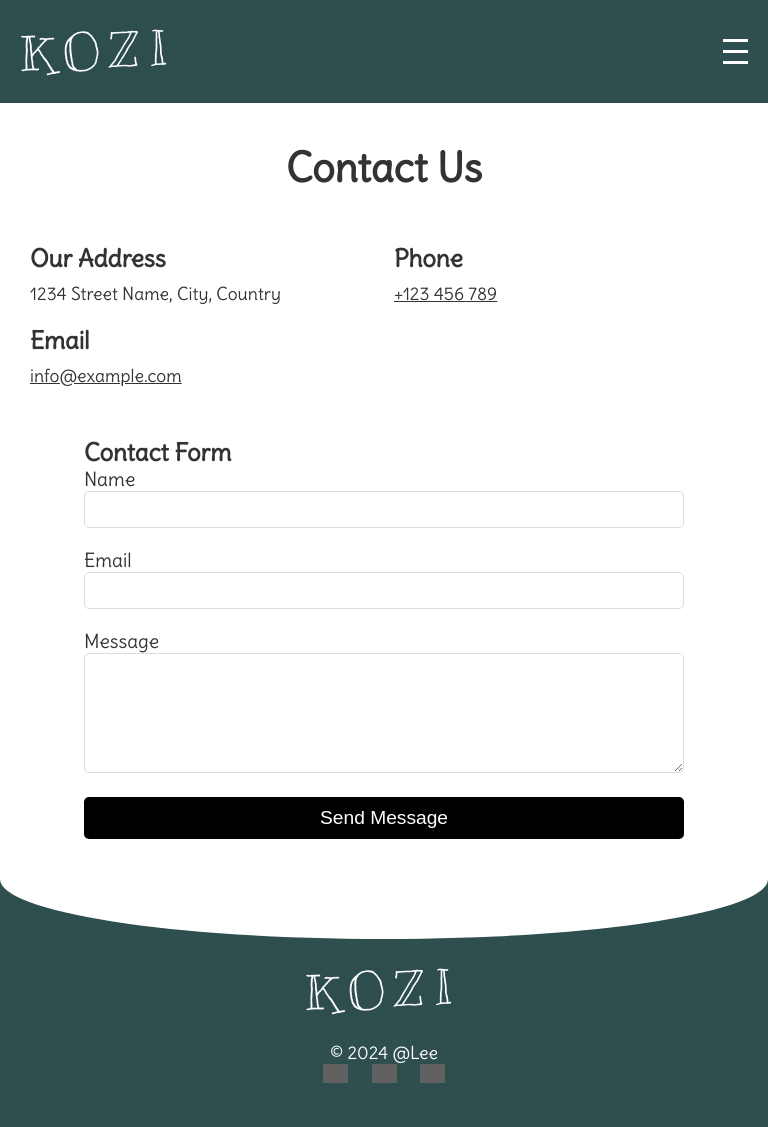
Repository: leerichie/kozi
Page: index.html
An editor plug-in stored every save of this project. The page is shown before and after the next save, followed by the edit.
The browser window is 768 px wide. The pictures show the whole page.
Pictures or frames that could not be fetched are drawn as grey boxes.

Above is the page before, as saved 2024-10-24 19:42:09.

### index.html
<!DOCTYPE html>
<html lang="en">

<head>
    <meta charset="UTF-8">
    <meta name="viewport" content="width=device-width, initial-scale=1.0">
    <meta http-equiv="X-UA-Compatible" content="IE=edge">
    <link rel="stylesheet" href="css/styles.css">
    <title>Contact Form</title>
</head>

<body>
    <!-- Navbar -->
    <header class="navbar">
        <div class="logo">
            <!-- <a href="#"><img src="img/logo.png" alt="Logo"></a> -->
            <h1 class="logo-text">Kozi</h1>

        </div>
        <nav>
            <ul class="nav-links">
                <li><a href="#">I</a></li>
                <li><a href="#">Love</a></li>
                <li><a href="#">Jager</a></li>
                <li><a href="#">Days</a></li>
            </ul>
            <div class="hamburger">
                <span class="bar"></span>
                <span class="bar"></span>
                <span class="bar"></span>
            </div>
        </nav>
    </header>

    <!-- Sidebar (hidden by default) -->
    <div class="sidebar">
        <ul class="sidebar-links">
            <li><a href="#">Home</a></li>
            <li><a href="#">About</a></li>
            <li><a href="#">Services</a></li>
            <li><a href="#">Contact</a></li>
        </ul>
    </div>

    <!-- Contact Section -->
    <div class="container">
        <div class="contact-header">
            <h1>Contact Us</h1>
        </div>
        <div class="contact-info">
            <div class="address">
                <h2>Our Address</h2>
                <p>1234 Street Name, City, Country</p>
            </div>
            <div class="phone">
                <h2>Phone</h2>
                <p><a href="tel:+123456789">+123 456 789</a></p>
            </div>
            <div class="email">
                <h2>Email</h2>
                <p><a href="mailto:info@example.com">info@example.com</a></p>
            </div>
        </div>

        <div class="form-container">
            <h2>Contact Form</h2>
            <form action="#" method="POST" class="contact-form">
                <div class="form-group">
                    <label for="name">Name</label>
                    <input type="text" id="name" name="name" required>
                </div>
                <div class="form-group">
                    <label for="email">Email</label>
                    <input type="email" id="email" name="email" required>
                </div>
                <div class="form-group">
                    <label for="message">Message</label>
                    <textarea id="message" name="message" required></textarea>
                </div>
                <button type="submit" class="submit-btn">Send Message</button>
            </form>
        </div>
    </div>

    <!-- Footer -->
    <footer class="footer">
        <div class="footer-shape"></div>
        <div class="footer-container">
            <div class="footer-logo">
                <!-- <a href="#"><img src="img/logo.png" alt="Footer Logo"></a> -->
                <h1 class="logo-text">Kozi</h1>

            </div>
            <div class="footer-text">
                <p>&copy; 2024 @Lee</p>
            </div>
            <div class="footer-social">
                <a href="/"><img src="img/facebook.png" alt="Facebook"></a>
                <a href="/"><img src="img/twitter.png" alt="Twitter"></a>
                <a href="/"><img src="img/instagram.png" alt="Instagram"></a>
            </div>
        </div>
    </footer>

    <script src="js/script.js"></script>
</body>

</html>

### css/styles.css
@font-face {
  font-family: "Delius";
  src: url("/fonts/Delius-Regular.ttf") format("truetype");
  font-weight: normal;
  font-style: normal;
}

@font-face {
  font-family: "Merriweather";
  src: url("/fonts/Kranky-Regular.ttf") format("truetype");
  font-weight: bold;
  font-style: normal;
}

@font-face {
  font-family: "Lora";
  src: url("/fonts/LeckerliOne-Regular.ttf") format("truetype");
  font-weight: normal;
  font-style: italic;
}

* {
  margin: 0;
  padding: 0;
  box-sizing: border-box;
}

body {
  font-family: "Delius", sans-serif;
  background-color: #fff;
  color: #333;
}

.logo {
  text-align: center;
}

.logo-text {
  font-family: "Merriweather", serif;
  font-size: 50px;
  letter-spacing: 10px;
  font-weight: bold;
  text-transform: uppercase;
  color: white;
  text-shadow: 2px 2px 10px rgba(0, 0, 0, 0.1);
  transform: rotate(-2deg);
}

/* Nav */
.navbar {
  display: flex;
  justify-content: space-between;
  align-items: center;
  padding: 20px;
  background-color: darkslategray;
  color: #fff;
  position: relative;
  z-index: 1000;
}

.navbar .logo img {
  width: 150px;
}

.navbar nav {
  display: flex;
  align-items: center;
}

.nav-links {
  display: flex;
  list-style: none;
}

.nav-links li {
  margin-left: 20px;
}

.nav-links a {
  text-decoration: none;
  color: #fff;
  font-size: 1.2rem;
  transition: color 0.3s ease;
}

.nav-links a:hover {
  color: #f4a261;
}

/* Hamburger animate - mob */
.hamburger {
  display: none;
  flex-direction: column;
  cursor: pointer;
  transition: all 0.3s ease;
  z-index: 1001;
}

.hamburger .bar {
  width: 25px;
  height: 3px;
  background-color: white;
  margin: 4px 0;
  transition: all 0.3s ease;
  z-index: 1001;
}

.hamburger.active .bar:nth-child(1) {
  transform: rotate(45deg) translate(0, 0);
  width: 20px;
}

.hamburger.active .bar:nth-child(2) {
  opacity: 0;
}

.hamburger.active .bar:nth-child(3) {
  transform: rotate(-45deg) translate(0, 0);
  width: 20px;
}

.hamburger.active .bar {
  height: 4px;
}

/* Sidebar */
.sidebar {
  position: fixed;
  top: 0;
  right: -250px;
  width: 250px;
  height: 100%;
  background-color: darkslategray;
  color: #fff;
  transition: 0.3s;
  padding-top: 60px;
  z-index: 999;
}

.sidebar.active {
  right: 0;
}

.sidebar-links {
  list-style: none;
  padding: 0;
  text-align: center;
}

.sidebar-links li {
  margin: 20px 0;
}

.sidebar-links a {
  text-decoration: none;
  color: #fff;
  font-size: 1.5rem;
  transition: color 0.3s ease;
}

.sidebar-links a:hover {
  color: #f4a261;
}

/* Contact Section */
.container {
  max-width: 1200px;
  margin: 0 auto;
  padding: 40px 20px;
}

.contact-header h1 {
  text-align: center;
  font-size: 2.5rem;
  margin-bottom: 40px;
}

.contact-info {
  display: flex;
  justify-content: space-between;
  flex-wrap: wrap;
  margin-bottom: 40px;
}

.contact-info div {
  flex: 1;
  min-width: 250px;
  margin: 10px;
}

.contact-info h2 {
  font-size: 1.5rem;
  margin-bottom: 10px;
}

.contact-info p,
.contact-info a {
  font-size: 1.1rem;
  color: #333;
}

.form-container {
  max-width: 600px;
  margin: 0 auto;
}

.contact-form {
  display: flex;
  flex-direction: column;
}

.form-group {
  margin-bottom: 20px;
}

.form-group label {
  margin-bottom: 10px;
  font-size: 1.2rem;
}

.form-group input,
.form-group textarea {
  width: 100%;
  padding: 10px;
  border: 1px solid #ddd;
  border-radius: 5px;
}

textarea {
  height: 120px;
}

.submit-btn {
  padding: 10px 20px;
  background-color: #000;
  color: #fff;
  border: none;
  border-radius: 5px;
  font-size: 1.2rem;
  cursor: pointer;
}

.submit-btn:hover {
  background-color: #f4a261;
}

/* Footer Styling */
.footer {
  position: relative;
  background-color: darkslategray;
  color: white;
  text-align: center;
  padding: 80px 20px 40px;
  overflow: hidden;
}

.footer-shape {
  position: absolute;
  top: -60px;
  left: 0;
  width: 100%;
  height: 120px;
  background-color: #fff;
  border-radius: 0 0 100% 100%;
  z-index: 0;
}

.footer-container {
  position: relative;
  z-index: 1;
  display: flex;
  justify-content: space-between;
  align-items: center;
  max-width: 1200px;
  margin: 0 auto;
  flex-wrap: wrap;
}

.footer-logo img {
  width: 100px;
}

.footer-text p {
  font-size: 1.1rem;
  margin: 0;
}

.footer-social a {
  margin: 0 10px;
}

.footer-social img {
  width: 25px;
  filter: invert(100%);
}

/* Mob */
@media (max-width: 768px) {
  .hamburger {
    display: flex;
  }

  .nav-links {
    display: none;
  }

  .footer-container {
    flex-direction: column;
  }

  .footer-logo {
    margin-bottom: 20px;
  }
}

### js/script.js
const hamburger = document.querySelector('.hamburger');
const sidebar = document.querySelector('.sidebar');

hamburger.addEventListener('click', () => {
    sidebar.classList.toggle('active');
    hamburger.classList.toggle('active');
});

window.addEventListener('scroll', () => {
    sidebar.classList.remove('active');
    hamburger.classList.remove('active');
});

After the next save:
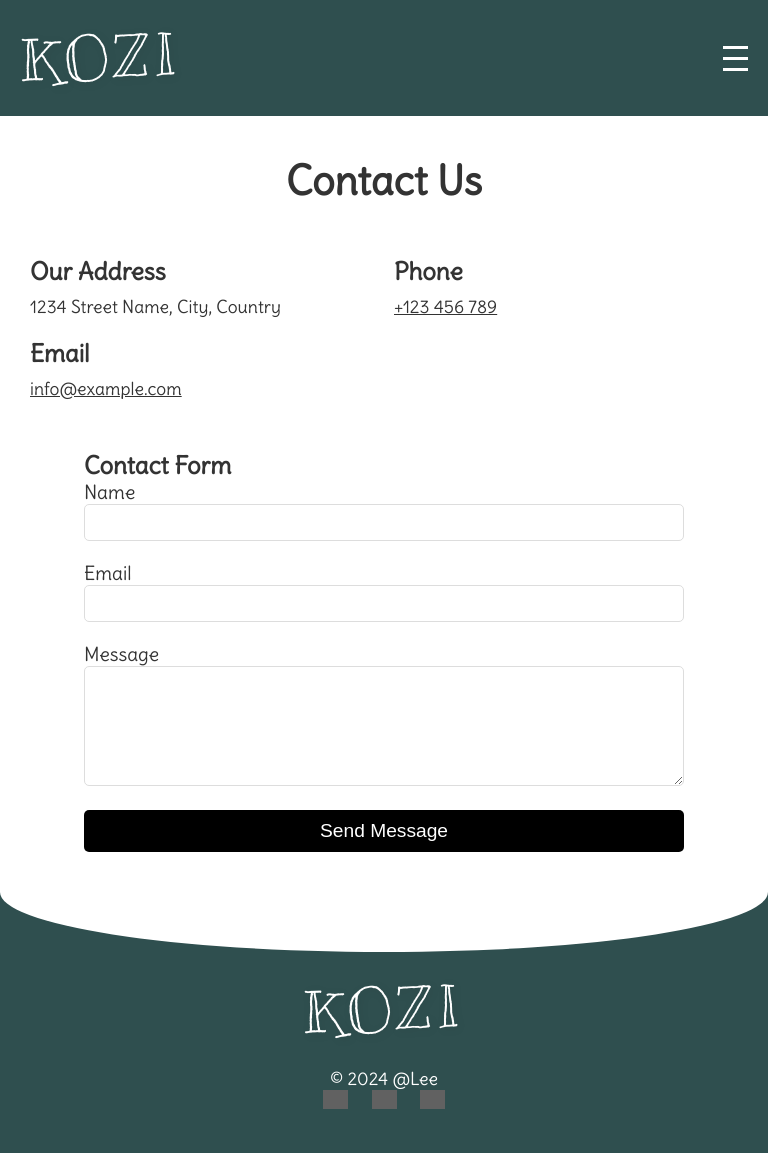
Saved 65 s later.
--- a/css/styles.css
+++ b/css/styles.css
@@ -311,4 +311,8 @@ textarea {
   .footer-logo {
     margin-bottom: 20px;
   }
-}
+  .logo-text {
+    font-size: 60px;
+    letter-spacing: 5px;
+  }
+}
